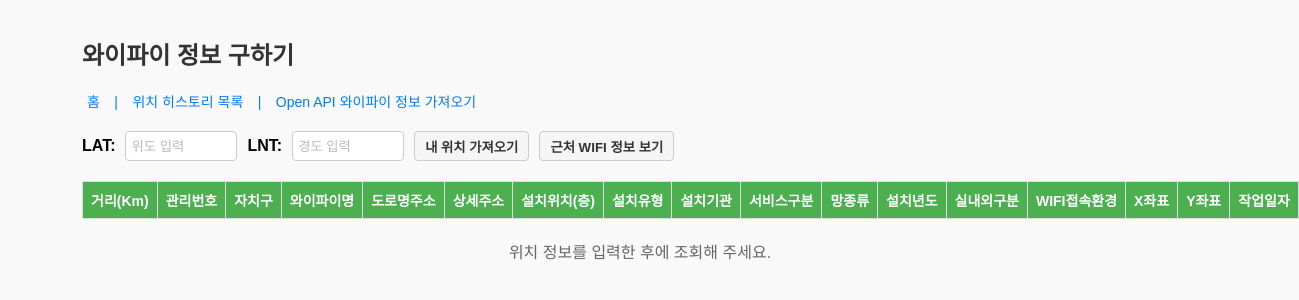
Repository: sangpyolee0/zerobase_task
Page: http://localhost/WifiProject/
The author's editor kept a copy of each file at every save. The page is drawn from the files as they stood at one save, then again after the next save.
The browser window is 1280 px wide. The page is 1299 px wide, so the pictures cover 1299 px, including what lies to the right of the window. The pictures show the whole page.
The page is served by Tomcat 9. Other server files are loaded and not shown.

Above is the page before, as saved 2024-12-08 18:25:06.

### WifiProject/src/main/webapp/index.jsp
<%@ page language="java" contentType="text/html; charset=UTF-8" pageEncoding="UTF-8"%>
<!DOCTYPE html>
<html>
<head>
    <link rel="stylesheet" type="text/css" href="css/index.css">
    <title>와이파이 정보 구하기</title>
</head>
<body>
    <div class="container">
        <h1>와이파이 정보 구하기</h1>
        <nav>
            <a href="index.jsp">홈</a>
            <span>|</span>
            <a href="history.jsp">위치 히스토리 목록</a>
            <span>|</span>
            <a href="add-wifi.jsp">Open API 와이파이 정보 가져오기</a>
        </nav>
        <form id="wifiForm">
            <label for="lat">LAT:</label>
            <input type="text" id="lat" name="lat" placeholder="위도 입력">
            <label for="lnt">LNT:</label>
            <input type="text" id="lnt" name="lnt" placeholder="경도 입력">
            <button type="button" onclick="fetchLocation()">내 위치 가져오기</button>
            <button type="button" onclick="fetchWifiData()">근처 WIFI 정보 보기</button>
        </form>
        <table>
            <thead>
                <tr>
                    <th>거리(Km)</th>
                    <th>관리번호</th>
                    <th>자치구</th>
                    <th>와이파이명</th>
                    <th>도로명주소</th>
                    <th>상세주소</th>
                    <th>설치위치(층)</th>
                    <th>설치유형</th>
                    <th>설치기관</th>
                    <th>서비스구분</th>
                    <th>망종류</th>
                    <th>설치년도</th>
                    <th>실내외구분</th>
                    <th>WIFI접속환경</th>
                    <th>X좌표</th>
                    <th>Y좌표</th>
                    <th>작업일자</th>
                </tr>
            </thead>
            <tbody id="wifiTable">
                <!-- 데이터가 렌더링됩니다. -->
            </tbody>
        </table>
        <p class="message">위치 정보를 입력한 후에 조회해 주세요.</p>
    </div>
</body>
<script>
    function fetchLocation() {
        // 브라우저의 Geolocation API 사용
        if (navigator.geolocation) {
            navigator.geolocation.getCurrentPosition(function(position) {
                document.getElementById('lat').value = position.coords.latitude.toFixed(6);
                document.getElementById('lnt').value = position.coords.longitude.toFixed(6);
                alert('위치가 성공적으로 설정되었습니다!');
            }, function(error) {
                alert('위치를 가져오는 중 오류가 발생했습니다.');
            });
        } else {
            alert('이 브라우저는 위치 서비스를 지원하지 않습니다.');
        }
    }

    function fetchWifiData() {
        // 사용자가 입력한 LAT, LNT 값
        const lat = document.getElementById('lat').value;
        const lnt = document.getElementById('lnt').value;

        // AJAX 요청을 통해 데이터 가져오기
        fetch(`nearby-wifi.jsp?lat=${lat}&lnt=${lnt}`)
            .then(response => response.json())
            .then(data => {
                const tableBody = document.getElementById('wifiTable');
                tableBody.innerHTML = ''; // 기존 데이터 초기화
                data.forEach(wifi => {
                    const row = document.createElement('tr');
                    row.innerHTML = `
                        <td>${wifi.distance}</td>
                        <td>${wifi.name}</td>
                        <td>${wifi.address}</td>
                        <td>${wifi.details}</td>
                        <td>${wifi.lat}</td>
                        <td>${wifi.lnt}</td>
                    `;
                    tableBody.appendChild(row);
                });
            })
            .catch(error => {
                console.error('Error fetching WiFi data:', error);
                alert('WiFi 데이터를 가져오는 중 오류가 발생했습니다.');
            });
    }
</script>
</html>

### WifiProject/src/main/webapp/css/index.css
/* 기본 스타일 */
body {
    font-family: Arial, sans-serif;
    margin: 0;
    padding: 20px;
    background-color: #f9f9f9;
}

/* 컨테이너 */
.container {
    width: 90%;
    max-width: 1200px;
    margin: 0 auto;
}

/* 헤더 */
h1 {
    font-size: 24px;
    color: #333;
    margin-bottom: 20px;
}

/* 네비게이션 */
nav {
    margin-bottom: 20px;
}

nav a {
    text-decoration: none;
    color: #007BFF;
    margin: 0 5px;
    font-size: 14px;
}

nav span {
    color: #007BFF; /* 링크 색상과 동일 */
    margin: 0 5px;
    font-size: 14px;
    cursor: default;
}

nav a:hover, nav span:hover {
    text-decoration: underline;
}

/* 폼 */
form {
    display: flex;
    align-items: center;
    gap: 10px;
    margin-bottom: 20px;
}

form label {
    font-weight: bold;
}

form input {
    padding: 5px;
    border: 1px solid #ccc;
    border-radius: 4px;
    width: 100px;
    height: 18px;
}

form input::placeholder {
    color: #bbb;
}

form button {
    padding: 5px 10px;
    border: 1px solid #ccc;
    background-color: #f5f5f5;
    color: #333;
    border-radius: 4px;
    cursor: pointer;
    height: 30px;
    font-weight: bold;
}

form button:hover {
    background-color: #e0e0e0;
}

/* 테이블 */
/* 테이블 스타일 */
table {
    width: 100%;
    border-collapse: collapse;
    margin-top: 20px;
}

table th, table td {
    border: 1px solid #ddd;
    padding: 8px;
    text-align: center;
    font-size: 14px;
    white-space: nowrap; /* 텍스트 줄바꿈 방지 */
    overflow: hidden; /* 텍스트가 너무 길 경우 넘침 방지 */
    text-overflow: ellipsis; /* 넘치는 텍스트는 말줄임 표시 */
}

table th {
    background-color: #4CAF50; /* 초록색 */
    color: white;
    font-weight: bold;
}

table td {
    max-width: 200px; /* 셀의 최대 너비를 제한 */
    overflow: hidden;
    text-overflow: ellipsis; /* 텍스트가 너무 길 경우 말줄임표 표시 */
}

table tr:nth-child(even) {
    background-color: #f2f2f2; /* 짝수 행 배경색 */
}

table tr:hover {
    background-color: #ddd; /* 마우스 오버 시 배경색 */
}


/* 메시지 스타일 */
.message {
    text-align: center;
    color: #666;
    margin-top: 20px;
}

After the next save:
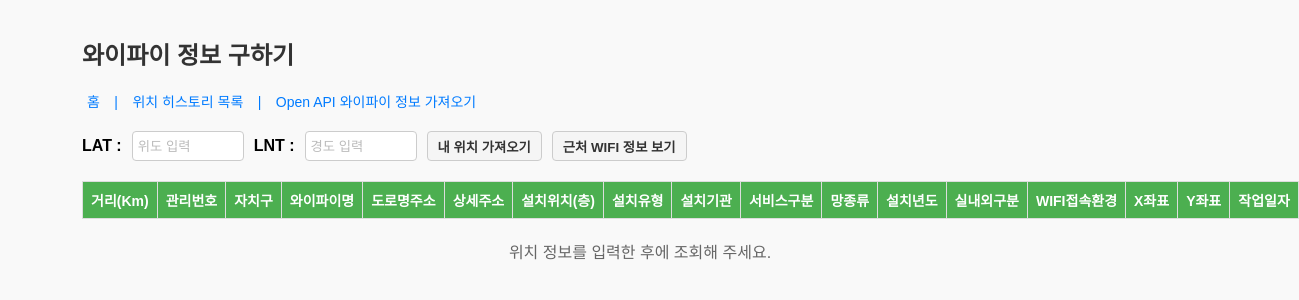
Saved 50 s later.
--- a/WifiProject/src/main/webapp/index.jsp
+++ b/WifiProject/src/main/webapp/index.jsp
@@ -16,9 +16,9 @@
             <a href="add-wifi.jsp">Open API 와이파이 정보 가져오기</a>
         </nav>
         <form id="wifiForm">
-            <label for="lat">LAT:</label>
+            <label for="lat">LAT :</label>
             <input type="text" id="lat" name="lat" placeholder="위도 입력">
-            <label for="lnt">LNT:</label>
+            <label for="lnt">LNT :</label>
             <input type="text" id="lnt" name="lnt" placeholder="경도 입력">
             <button type="button" onclick="fetchLocation()">내 위치 가져오기</button>
             <button type="button" onclick="fetchWifiData()">근처 WIFI 정보 보기</button>
